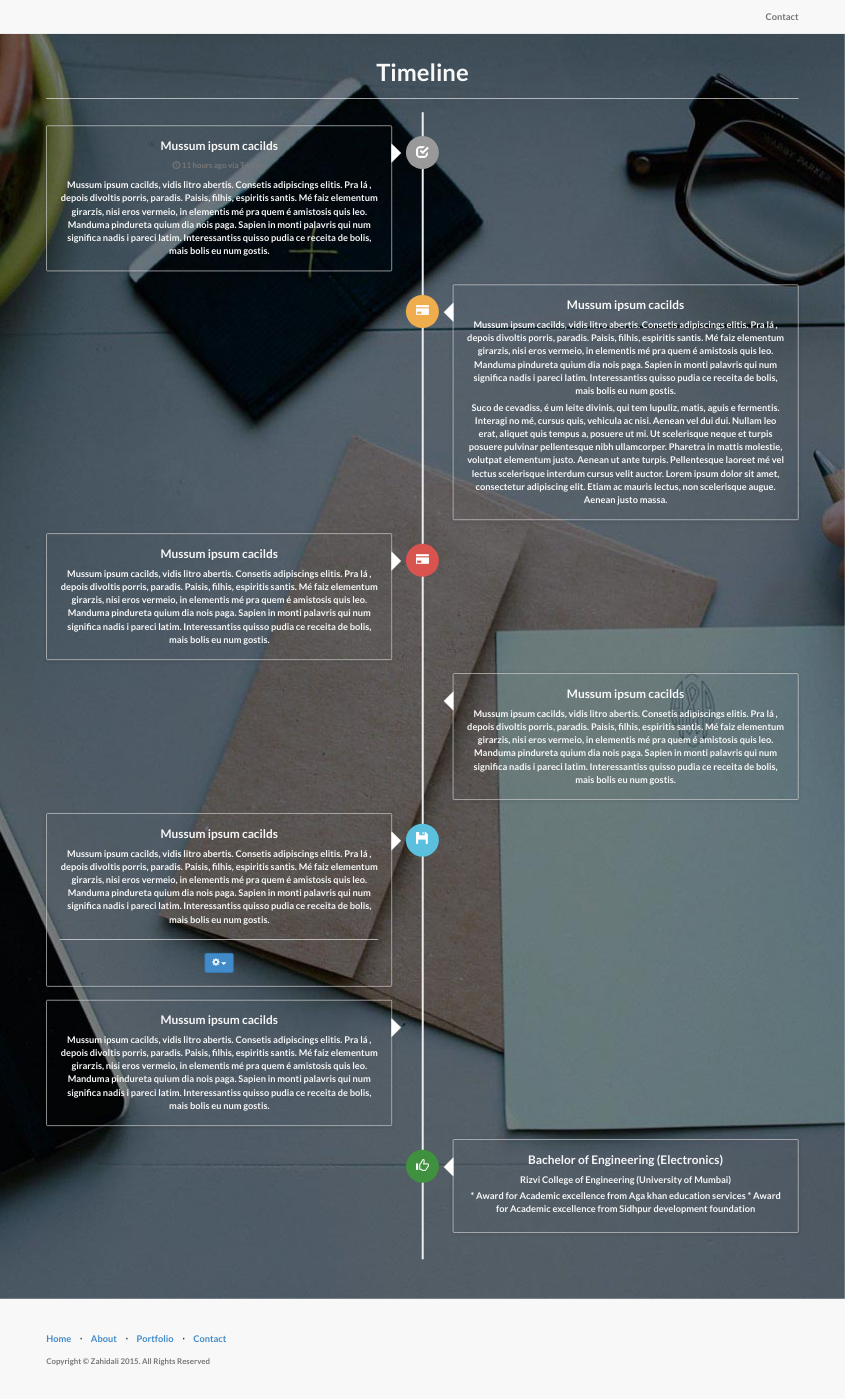
Repository: zahidmak/zahidmak.github.io
Page: portfolio.html
The author's editor kept a record of every edit. The page is drawn from the files as they stood at one moment, then again after the next edit.
The browser window is 1280 px wide. The pictures show the whole page, at 66% of full size.

Above is the page before.

After the next edit:
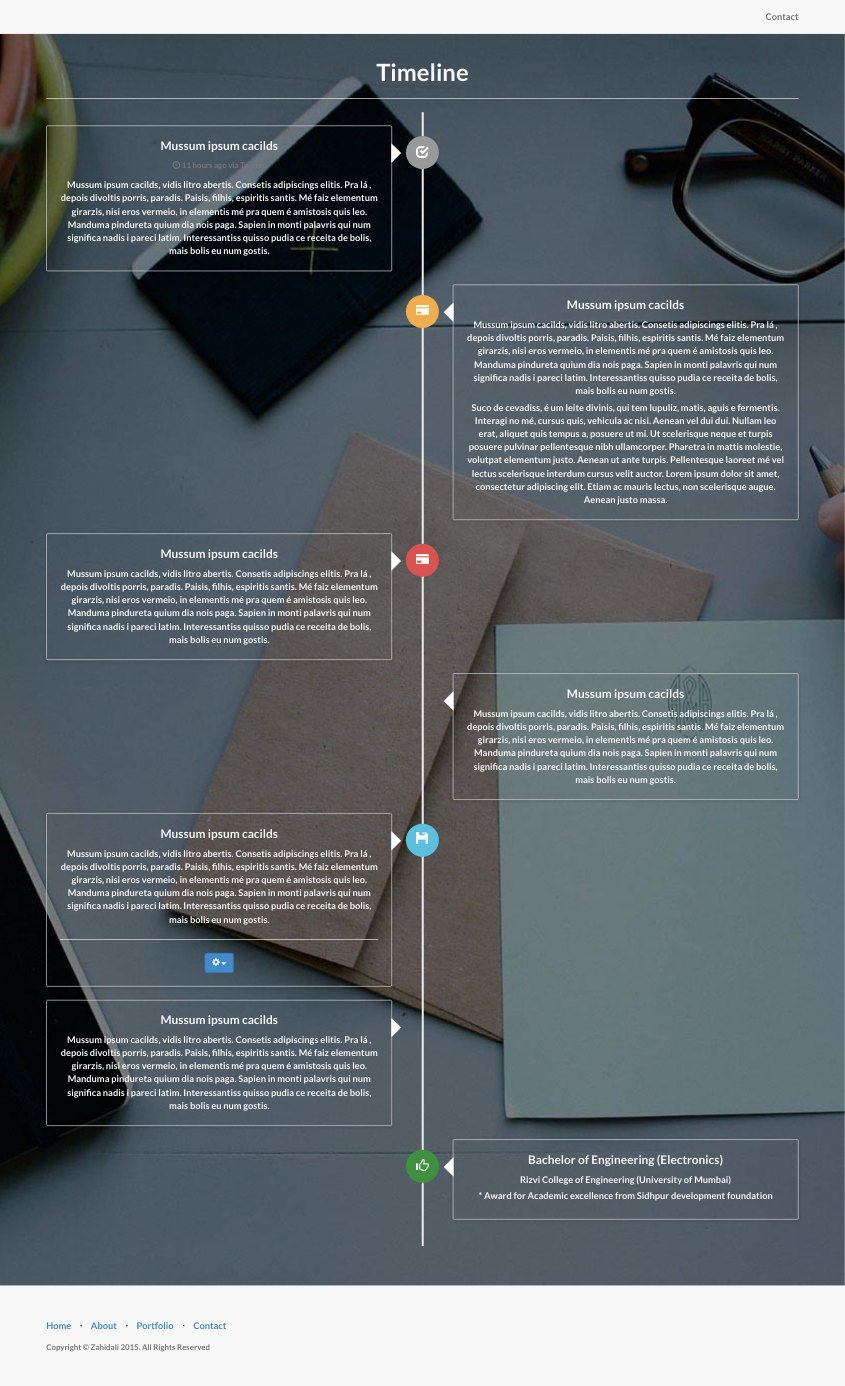
The edit:
--- a/portfolio.html
+++ b/portfolio.html
@@ -174,7 +174,7 @@
                   </p>
                   <p></p>
 
-* Award for Academic excellence from Aga khan education services
+
 
 * Award for Academic excellence from Sidhpur development foundation
               </p>

After the edit that followed:
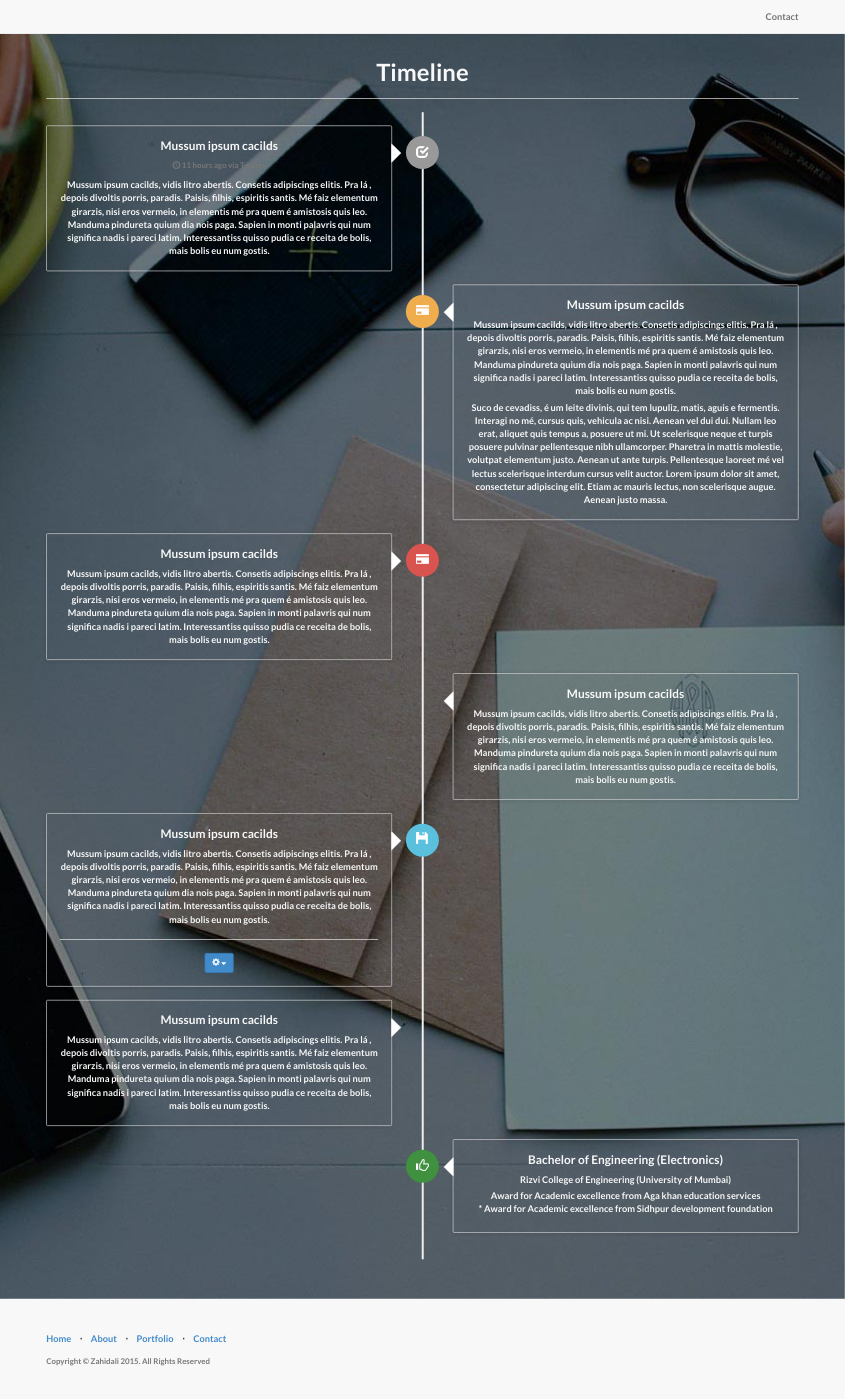
The edit:
--- a/portfolio.html
+++ b/portfolio.html
@@ -172,7 +172,7 @@
 
                   Rizvi College of Engineering (University of Mumbai)
                   </p>
-                  <p></p>
+                  <p><i class="icon-star"></i> Award for Academic excellence from Aga khan education services</p>
 
 
 
